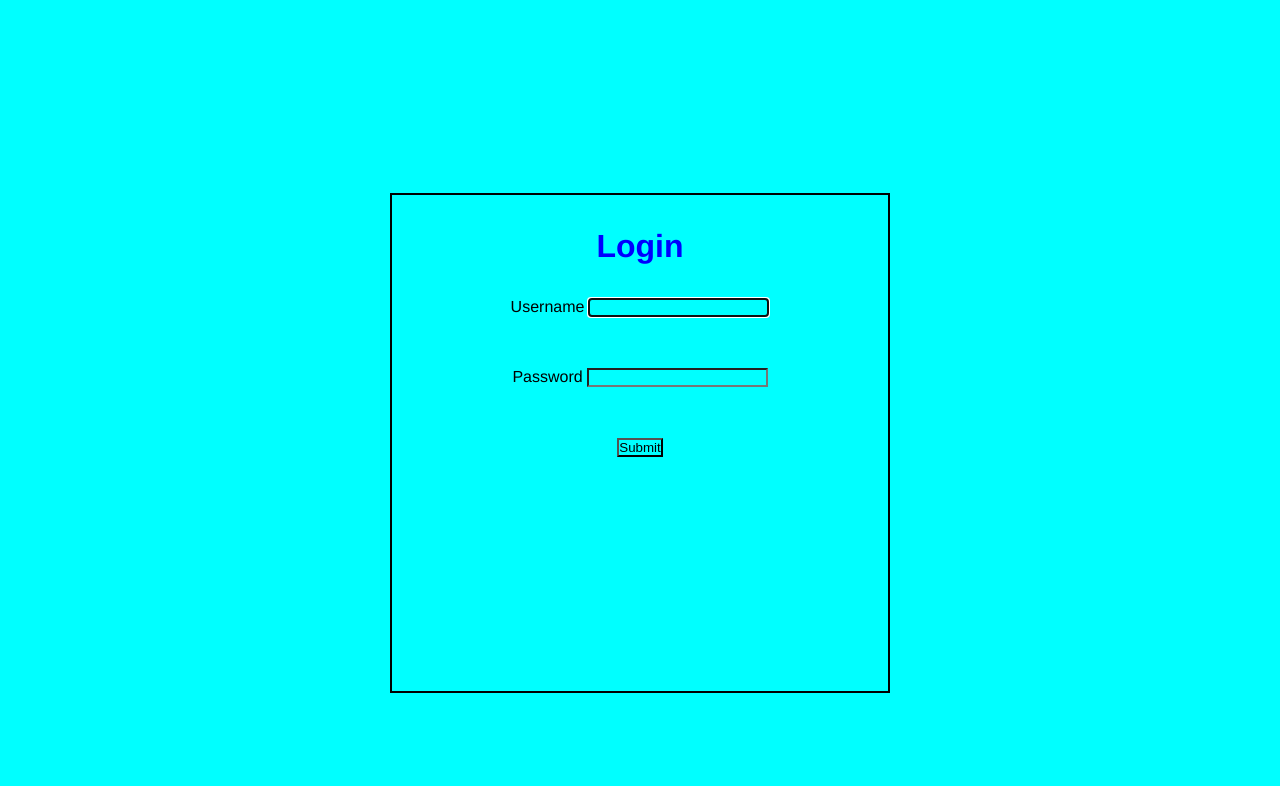
Repository: shreyajadhav13/TP_RP_05
Page: intermediate/form.html
An editor plug-in stored every save of this project. The page is shown before and after the next save, followed by the edit.
The browser window is 1280 px wide. The pictures show the whole page.

Above is the page before, as saved 2024-06-20 14:39:22.

### intermediate/form.html
<!DOCTYPE html>
<html lang="en">
<head>
    <meta charset="UTF-8">
    <meta name="viewport" content="width=device-width, initial-scale=1.0">
    <title>Document</title>
    <link rel="stylesheet" href="assets/style.css" />
</head>
<body>

    <form action="index.php" method="post">
        <h1 id="login">Login</h1>
        <label for="fname">Username</label>
  <input type="text" id="fname" name="fname" autofocus><br><br>
  <label for="lname">Password</label>
  <input type="text" id="lname" name="lname"><br><br>
  <input type="submit">
</form>

</body>
</html>

### intermediate/assets/style.css
/* Global Selector */
*{
    /* CSS Resetting */
    margin: 0;
    padding: 0;
    text-align: center;
    box-sizing: border-box;
    background-color: aqua;
    margin-top: 33px;
}
body{
    display: flex;
    height: 100vh;
    width: 100%;
   justify-content: center;
   align-items: center;
}

h1,label{
    font-family: 'Franklin Gothic Medium', 'Arial Narrow', Arial, sans-serif;
}

/*  Id Selector */
#login{
    color: blue;
}
form{
    height: 500px;
    width: 500px;
    border: 2px solid black;
}
/*  Class Selector */
.form-input{
    padding: 10px 20px;
    box-shadow: 0px 0px 0px 0px black;
    margin: 0px 0px 0px 0px;
}

button:hover {
    opacity: 0.8;
  }

After the next save:
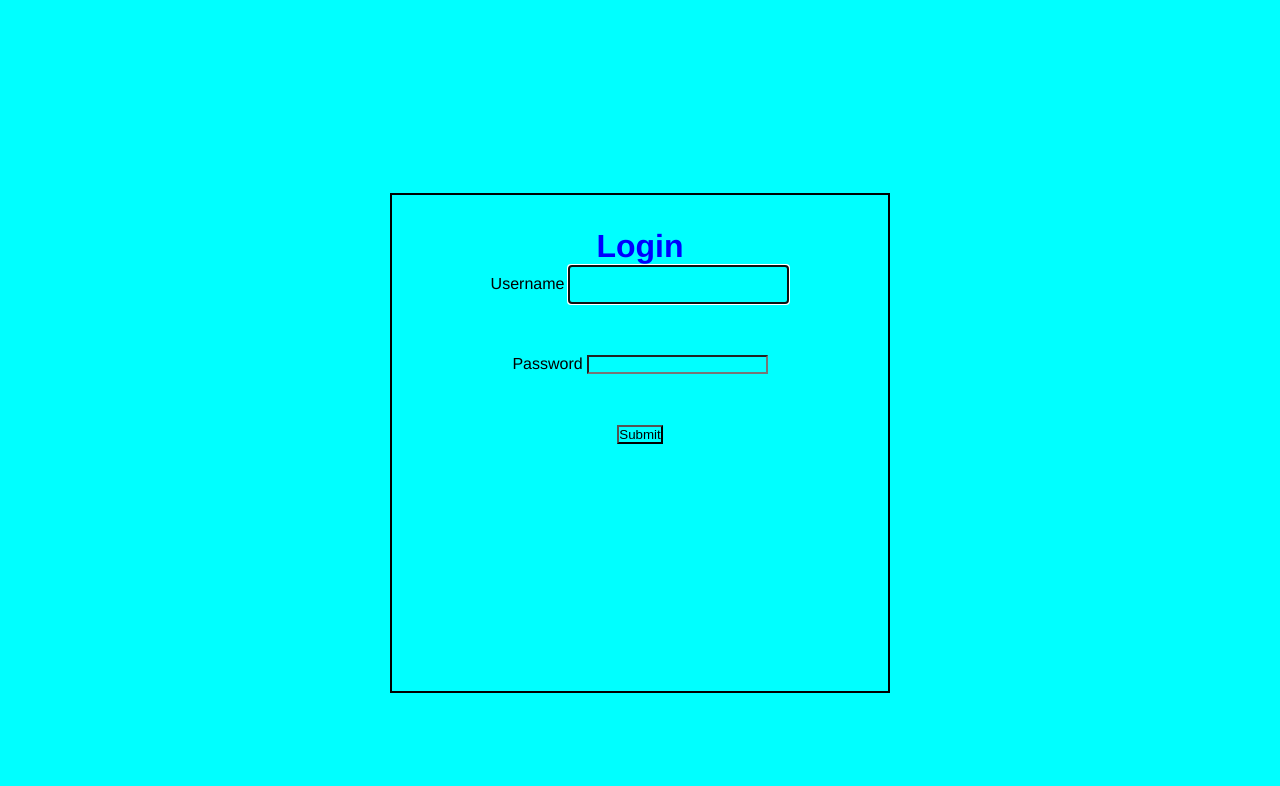
Saved 4 min 40 s later.
--- a/intermediate/form.html
+++ b/intermediate/form.html
@@ -11,7 +11,7 @@
     <form action="index.php" method="post">
         <h1 id="login">Login</h1>
         <label for="fname">Username</label>
-  <input type="text" id="fname" name="fname" autofocus><br><br>
+  <input type="text" id="fname" name="fname" autofocus class="form-input"><br><br>
   <label for="lname">Password</label>
   <input type="text" id="lname" name="lname"><br><br>
   <input type="submit">

After the save that followed:
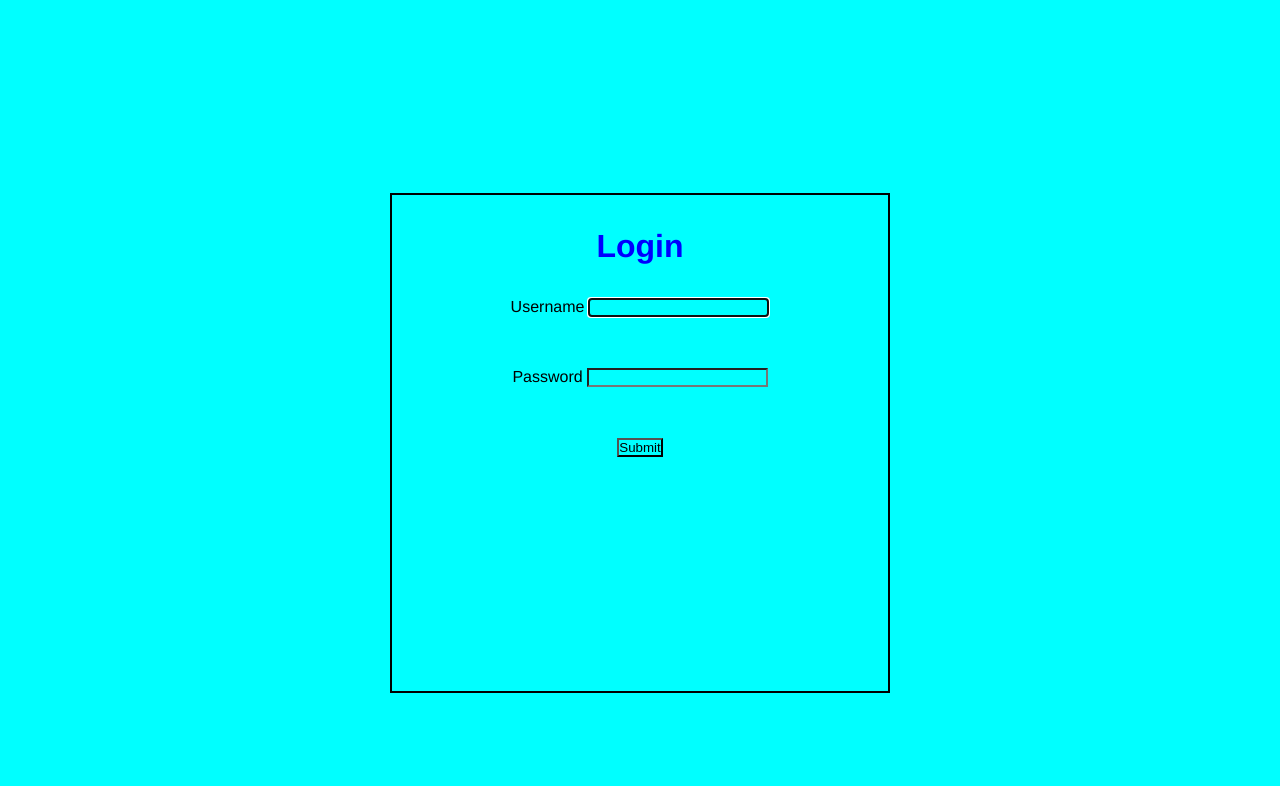
Saved 31 s later.
--- a/intermediate/form.html
+++ b/intermediate/form.html
@@ -11,7 +11,7 @@
     <form action="index.php" method="post">
         <h1 id="login">Login</h1>
         <label for="fname">Username</label>
-  <input type="text" id="fname" name="fname" autofocus class="form-input"><br><br>
+  <input type="text" id="fname" name="fname" autofocus><br><br>
   <label for="lname">Password</label>
   <input type="text" id="lname" name="lname"><br><br>
   <input type="submit">
